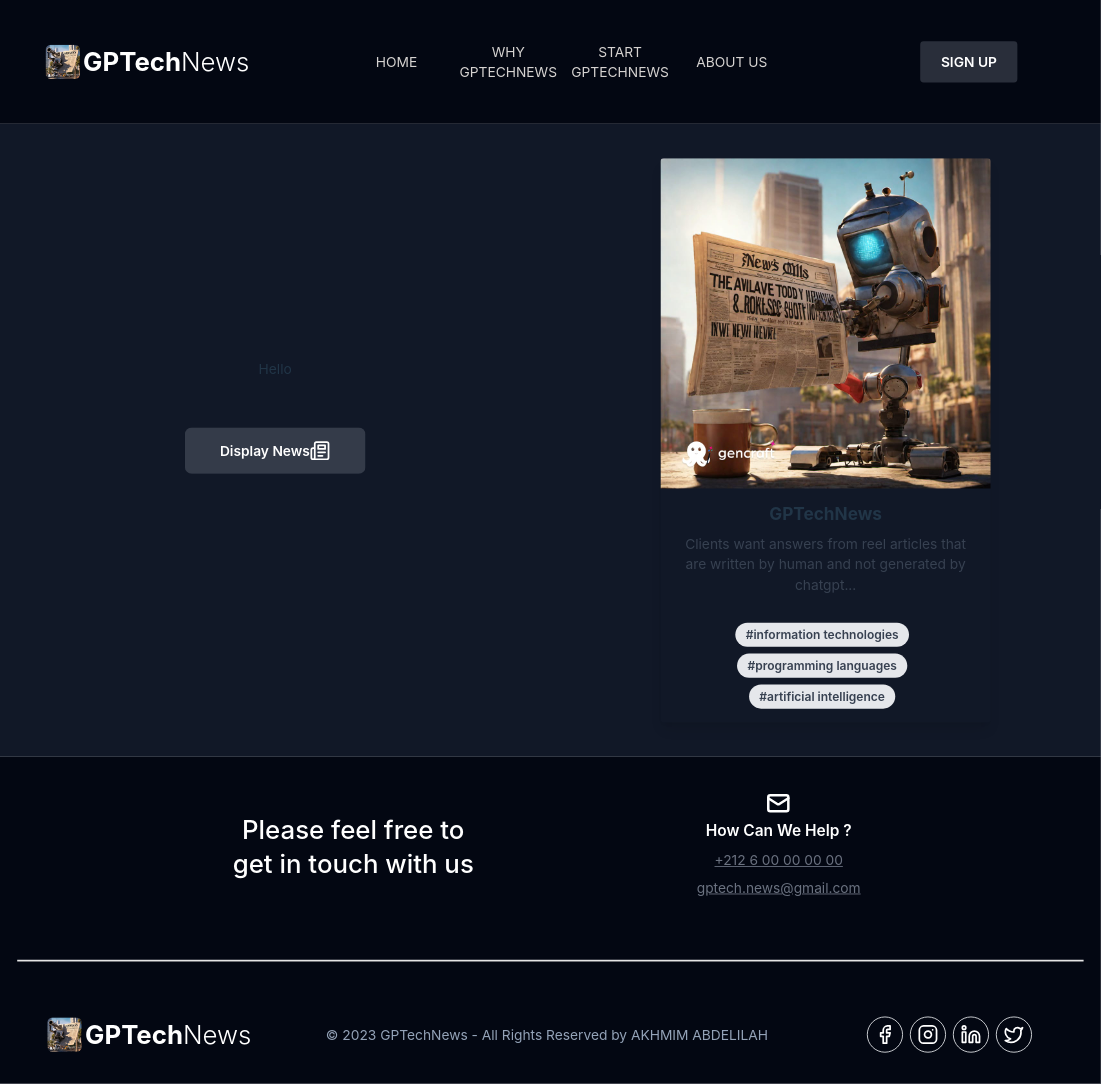
Repository: Lablab-me-Hackathon/gptech-news-frontend
Page: /
The author's editor kept a copy of each file at every save. The page is drawn from the files as they stood at one save, then again after a run of saves.
The browser window is 1280 px wide. The pictures show the whole page, at 86% of full size.
The project was rebuilt for these pictures with package versions that can differ from the ones it lists, and the page was loaded fresh each time. Also part of the build but not shown: vite.config.js.

Above is the page before, as saved 2023-08-05 17:39:24.

### index.html
<!doctype html>
<html lang="en">
  <head>
    <meta charset="UTF-8" />
    <link rel="icon" type="image/svg+xml" href="/logo.png" />
    <meta name="viewport" content="width=device-width, initial-scale=1.0" />
    <title>GPTech News</title>
  </head>
  <body>
    <div id="root"></div>
    <script type="module" src="/src/main.jsx"></script>
  </body>
</html>

### src/App.jsx
import './styles/App.css'
import Header from './components/Header'
import Main from './components/Main';
import Footer from './components/Footer';

function App() {

  return (
    <div className='w-full h-full flex-box flex-col'>
     <Header />
      <Main />
      <Footer />
    </div>
  )
}

export default App

### src/styles/index.css
@tailwind base;
@tailwind components;
@tailwind utilities;

* {
  padding: 0;
  margin: 0;
}

@layer components {
  .menu-item {
    @apply p-2 text-stone-300 text-base font-normal cursor-pointer flex-1 border-black rounded hover:text-blue-950 uppercase;
  }
  .flex-box {
    @apply flex items-center justify-center;
  }
}

:root {
  font-family: Inter, system-ui, Avenir, Helvetica, Arial, sans-serif;
  line-height: 1.5;
  font-weight: 400;

  color-scheme: light dark;
  color: rgba(255, 255, 255, 0.87);
  background-color: #242424;

  text-rendering: optimizeLegibility;
  -webkit-font-smoothing: antialiased;
  -moz-osx-font-smoothing: grayscale;
}

a {
  font-weight: 500;
  color: #646cff;
  text-decoration: inherit;
}
a:hover {
  color: #535bf2;
}

body {
  min-width: 320px;
  min-height: 100vh;
}

h1 {
  font-size: 3.2em;
  line-height: 1.1;
}

button {
  border-radius: 8px;
  border: 1px solid transparent;
  padding: 0.6em 1.2em;
  font-size: 1em;
  font-weight: 500;
  font-family: inherit;
  background-color: #1a1a1a;
  cursor: pointer;
  transition: border-color 0.25s;
}
button:hover {
  border-color: #646cff;
}
button:focus,
button:focus-visible {
  outline: 4px auto -webkit-focus-ring-color;
}

@media (prefers-color-scheme: light) {
  :root {
    color: #213547;
    background-color: #ffffff;
  }
  a:hover {
    color: #747bff;
  }
  button {
    background-color: #f9f9f9;
  }
}

### src/styles/App.css
#root {
  /* margin: 0 auto; */
  text-align: center;
}

.logo {
  height: 6em;
  padding: 1.5em;
  will-change: filter;
  transition: filter 300ms;
}
.logo:hover {
  filter: drop-shadow(0 0 2em #646cffaa);
}
.logo.react:hover {
  filter: drop-shadow(0 0 2em #61dafbaa);
}

@keyframes logo-spin {
  from {
    transform: rotate(0deg);
  }
  to {
    transform: rotate(360deg);
  }
}

@media (prefers-reduced-motion: no-preference) {
  a:nth-of-type(2) .logo {
    animation: logo-spin infinite 20s linear;
  }
}

.card {
  padding: 2em;
}

.read-the-docs {
  color: #888;
}

### src/components/Header.jsx
import MenuItems from "../services/header/MenuItems";
import Logo from "../services/header/Logo";
import SignUp from "../services/header/SignUp";

// import "../styles/Header.css";

function Header() {
  return (
    <div className="header flex-box px-2 justify-around flex-col md:flex-row w-full h-full py-5 bg-gray-950 text-center">
      <Logo />
      <MenuItems />
      <SignUp />
    </div>
  );
}

export default Header;

### src/components/Main.jsx
import Button from "../services/main/Button";
import Hello from "../services/main/Hello";
import Cards from "./../services/main/Cards";

function Main() {
  return (
    <div className="text-center w-full py-10 flex-box scroll-smooth bg-gray-900">
      <div className="w-full flex-box">
        <div className="flex-box flex-col">
          <Hello />
          <Button />
        </div>
      </div>

      <div className="w-full flex-box">
        <div className="flex-box flex-col">
          <Cards />
        </div>
      </div>
    </div>
  );
}

export default Main;

### src/components/Footer.jsx

import TopFooter from './../services/footer/TopFooter';
import BotFooter from "../services/footer/BotFooter";

function Footer() {
  return (
    <div className="w-full h-full px-5 py-5 flex-box flex-col bg-gray-950 scroll-smooth text-center">
      <TopFooter />
      <div className="w-full h-px border border-neutral-200"></div>
      <BotFooter />
    </div>
  );
}

export default Footer;

### src/services/header/MenuItems.jsx
function MenuItems() {
  return (
    <div className="flex items-center justify-between py-5 ">
      <div className="menu-item">Home</div>
      <div className="menu-item">Why GPTechNews</div>
      <div className="menu-item">Start GPTechNews</div>
      <div className="menu-item">About us</div>
    </div>
  );
}

export default MenuItems;

### src/services/header/Logo.jsx

function Logo() {
  return (
    <div className="w-48 h-10 flex-box">
      <img className="w-10 h-10 mx-1 rounded-md" src="logo.png" alt='logo' />
      <div className="">
        <span className="text-white text-3xl font-bold">GPTech</span>
        <span className="text-white text-3xl font-light">News</span>
      </div>
    </div>
  )
}

export default Logo

### src/services/header/SignUp.jsx
function SignUp() {
  return (
    <div className="w-40 h-12 justify-center items-center inline-flex cursor-pointer uppercase">
      <div className="px-6 py-3.5 bg-gray-400 bg-opacity-25 rounded justify-start items-start gap-2.5 inline-flex">
        <div className="text-center text-white text-base font-semibold leading-tight">
          Sign up
        </div>
      </div>
    </div>
  );
}

export default SignUp;

### src/services/main/Button.jsx
// import { PropTypes } from "prop-types";

import { Newspaper } from "lucide-react";

const News = () => {
  // let { response } = props;
  const displayNews = async (e) => {
    e.preventDefault();
  };
  return (
    <div className="w-full flex-col md:flex-row py-10 flex-box justify-evenly">

      <button
        type="submit"
        className="px-10 py-3.5 my-4 bg-gray-400 bg-opacity-25  text-center text-white text-base font-semibold leading-tight mx-2 rounded-lg flex-box"
        onClick={displayNews}
      >
        Display News
        <Newspaper />
      </button>

    </div>
  );
}

News.propTypes = {
  // response: PropTypes.string.isRequired,
};
export default News;

### src/services/main/Hello.jsx

function Hello() {
  return (
    <div>Hello</div>
  )
}

export default Hello

### src/services/main/Cards.jsx
function Cards() {
  return (
    <div>
      <div className="max-w-sm rounded overflow-hidden shadow-lg">
        <img
          className="w-full"
          src="ainews.jpg"
          alt="Sunset in the mountains"
        />
        <div className="px-6 py-4">
          <div className="font-bold text-xl mb-2">GPTechNews</div>
          <p className="text-gray-700 text-base">
            Clients want answers from reel articles that are written by human and not generated by chatgpt...
          </p>
        </div>
        <div className="px-6 pt-4 pb-2">
          <span className="inline-block bg-gray-200 rounded-full px-3 py-1 text-sm font-semibold text-gray-700 mr-2 mb-2">
            #information technologies
          </span>
          <span className="inline-block bg-gray-200 rounded-full px-3 py-1 text-sm font-semibold text-gray-700 mr-2 mb-2">
            #programming languages
          </span>
          <span className="inline-block bg-gray-200 rounded-full px-3 py-1 text-sm font-semibold text-gray-700 mr-2 mb-2">
            #artificial intelligence
          </span>
        </div>
      </div>
    </div>
  );
}

export default Cards;

### src/services/footer/TopFooter.jsx
import { Mail} from "lucide-react";

function TopFooter() {
  return (
    <div className="top-footer w-full flex-box justify-evenly flex-col md:flex-row pb-12">
      <div className="text-white text-3xl font-medium leading-10 py-5">
        Please feel free to
        <br />
        get in touch with us
      </div>

      <div className="py-5 flex-box flex-col">
        <Mail size={28} strokeWidth={2.5} color="white" />
        <div className="py-1 text-white text-lg font-semibold leading-norma">
          How Can We Help ?
        </div>
        <div className="py-1 w-52 text-gray-500 text-base font-normal underline leading-normal">
          +212 6 00 00 00 00
        </div>

        <div className="py-1 w-52 text-gray-500 text-base font-normal underline leading-normal">
        gptech.news@gmail.com
        </div>
      </div>
    </div>
  );
}

export default TopFooter;

### src/services/footer/BotFooter.jsx
import Logo from "./../header/Logo";
import Copyright from "./Copyright";
import Social from "./Social";

function BotFooter() {
  return (
    <div className="bottom-footer w-full pt-12 flex-box justify-around flex-col md:flex-row flex-end">
      <Logo />
      <Copyright />
      <Social />
    </div>
  );
}

export default BotFooter;

### src/services/footer/Copyright.jsx
function Copyright() {
  return (
    <div className="py-5 text-slate-400 text-base font-normal">
      © 2023 GPTechNews - All Rights Reserved by AKHMIM ABDELILAH
    </div>
  );
}

export default Copyright;

### src/services/footer/Social.jsx
import { Facebook, Instagram, Linkedin, Twitter } from "lucide-react";

function Social() {
  return (
    <div className="py-3">
      <div className="flex-box text-white">
        <div className="border cursor-pointer p-2 m-1 rounded-full ">
          <Facebook size={24} strokeWidth={2} />
        </div>
        <div className="border cursor-pointer p-2 m-1 rounded-full">
          <Instagram size={24} strokeWidth={2} />
        </div>
        <div className="border cursor-pointer p-2 m-1 rounded-full">
          <Linkedin size={24} strokeWidth={2} />
        </div>
        <div className="border cursor-pointer p-2 m-1 rounded-full">
          <Twitter size={24} strokeWidth={2} />
        </div>
      </div>
    </div>
  );
}

export default Social;

Loaded but not shown: src/main.jsx (common file); tailwind.config.js (common file)

After the next 3 saves:
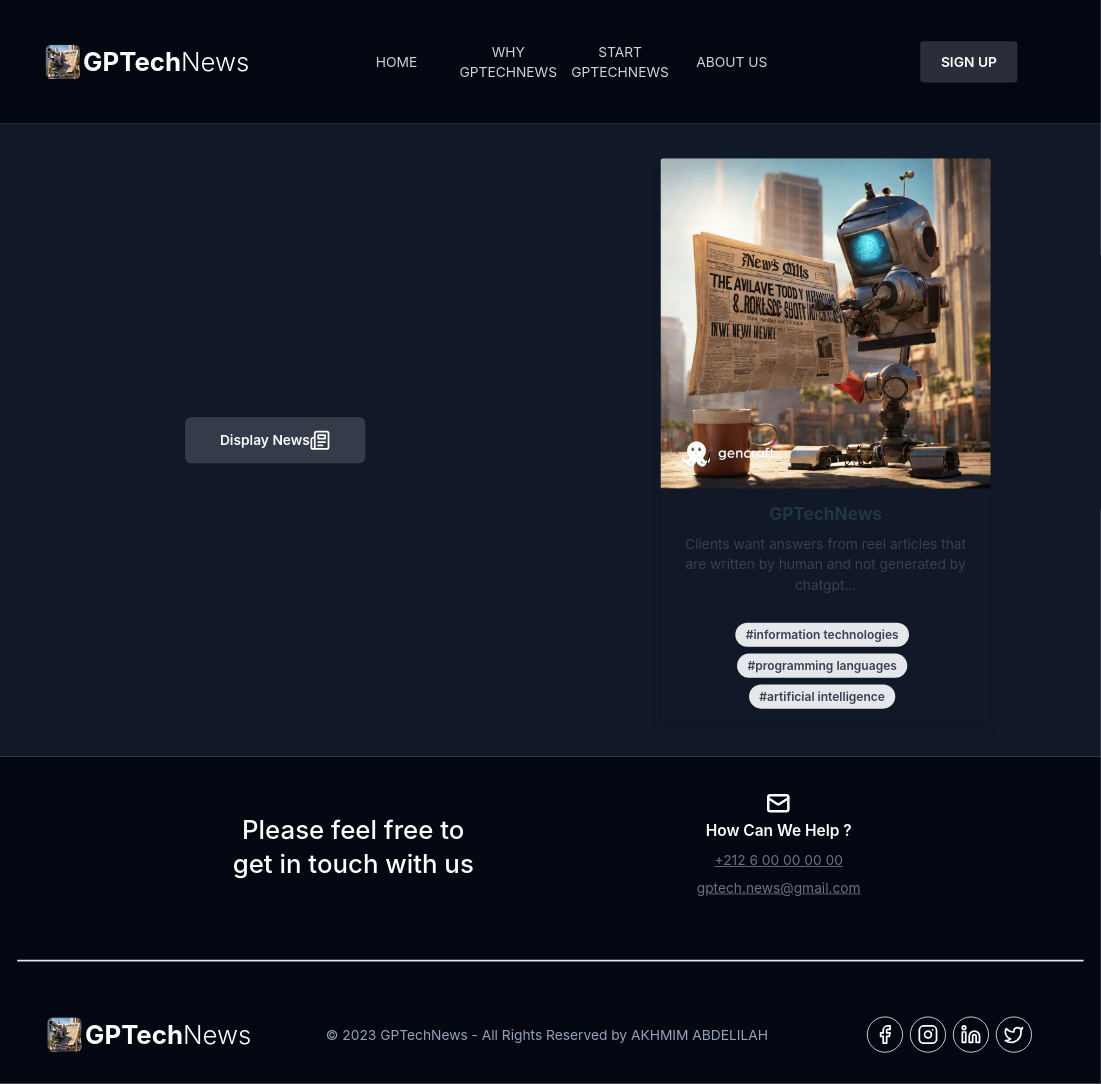
The 3 saves are shown as one change because they came seconds apart.
The last was saved 41 s later.
--- a/src/services/main/Hello.jsx
+++ b/src/services/main/Hello.jsx
@@ -1,7 +1,9 @@
 
 function Hello() {
   return (
-    <div>Hello</div>
+    <div>
+      <h1></h1>
+    </div>
   )
 }
 
